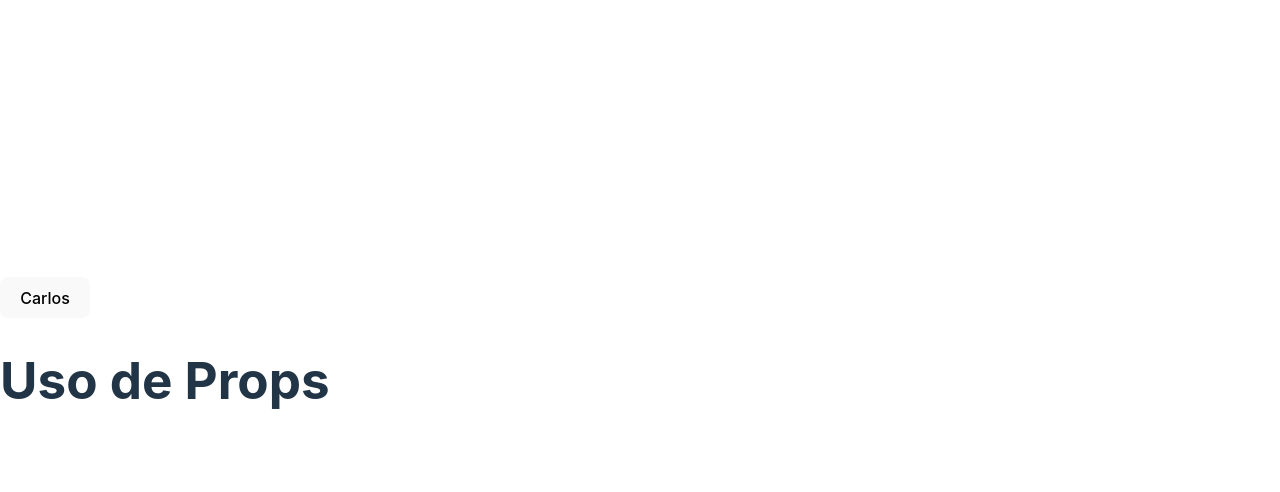
Repository: ikabeee/shopping-car
Page: /
These files come from the project's save history. The page is drawn as it stood at one moment and after the next save; the edit follows.
The browser window is 1280 px wide. The pictures show the whole page.
The project was rebuilt for these pictures with package versions that can differ from the ones it lists, and the page was loaded fresh each time. Also part of the build but not shown: vite.config.ts.

Above is the page before, as saved 2024-10-17 14:45:35.

### index.html
<!doctype html>
<html lang="en">
  <head>
    <meta charset="UTF-8" />
    <link rel="icon" type="image/svg+xml" href="/vite.svg" />
    <meta name="viewport" content="width=device-width, initial-scale=1.0" />
    <title>Carrito de Compras</title>
  </head>
  <body>
    <div id="root"></div>
    <script type="module" src="/src/main.tsx"></script>
  </body>
</html>

### src/App.tsx

//Importar los estilos de bootstrap
import 'bootstrap/dist/css/bootstrap-grid.min.css'
import Button from './components/Button'
import ButtonProps from './components/ButtonProps'

function App() {


  return (
    <>

    <Button/>
    <ButtonProps description='This is a description'/>
    </>
  )
}

export default App

### src/components/Button.tsx
import { useState } from "react"

const Button=()=>{
    const [nameStudent, setNameStudent] = /*Hook*/useState('Carlos');
    const showNameStudent = () =>{
        setNameStudent('Sebastián')
    }
    return(
        <>
        {/*<>Main Tags</> */}

        <button type="button" className="btn btn-primary" onClick={showNameStudent}> {nameStudent}</button>
        </>
    )
}

export default Button

### src/components/ButtonProps.tsx
/*Mediante interfaces*/
interface ButtonProps{
    /*Attributos que los componentes pueden cambiar*/
    description:string,
    disable:boolean,

}
const ButtonProps = ({description, disable}:ButtonProps) => {
    /*description está recibiendo los tipos de datos que está recibiendo el componente*/
    return (
        <>
        <h1>Uso de Props</h1>
        </>

    )
}

export default ButtonProps

Loaded but not shown: src/main.tsx (common file); src/index.css (common file)

After the next save:
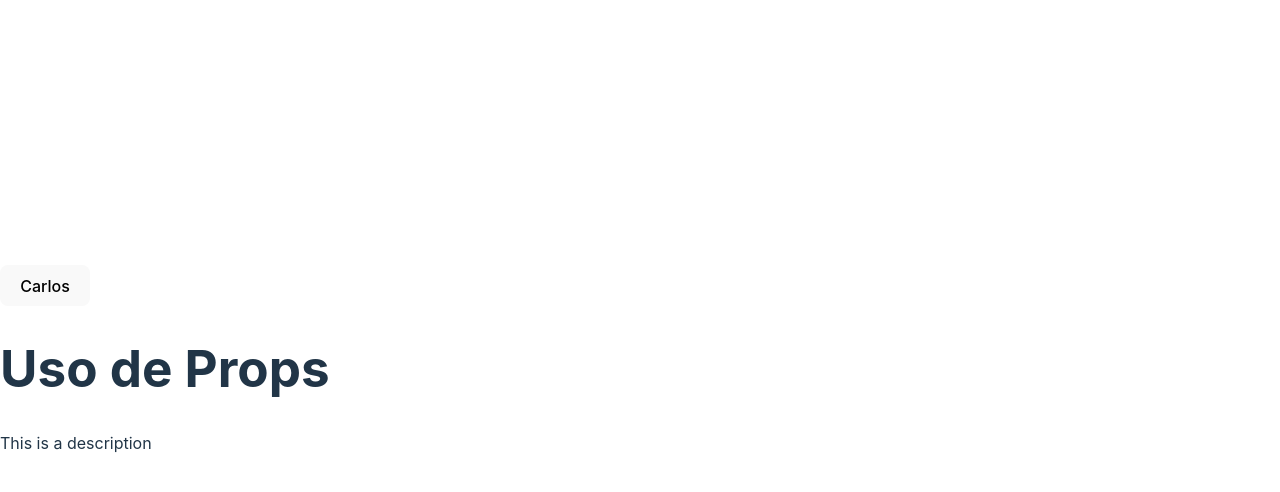
Saved 18 s later.
--- a/src/components/ButtonProps.tsx
+++ b/src/components/ButtonProps.tsx
@@ -10,6 +10,7 @@ const ButtonProps = ({description, disable}:ButtonProps) => {
     return (
         <>
         <h1>Uso de Props</h1>
+        {description}
         </>
 
     )
